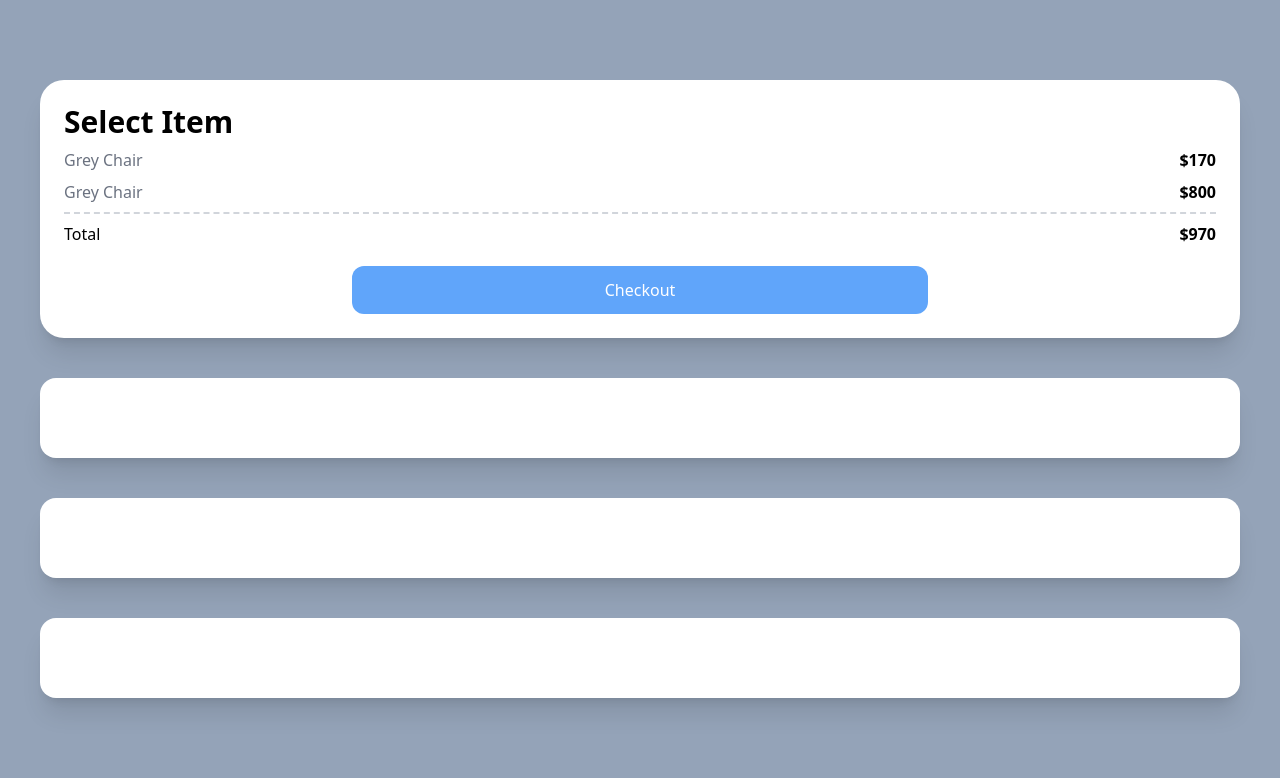
Repository: pjk0007/nextjs-carrot-marcket
Page: /
These files come from the project's save history. The page is drawn as it stood at one moment and after the next save; the edit follows.
The browser window is 1280 px wide. The pictures show the whole page.
The project was rebuilt for these pictures with package versions that can differ from the ones it lists, and the page was loaded fresh each time. The framework's server and built-in components were replaced by stand-ins that run in the browser. Also part of the build but not shown: next.config.js.

Above is the page before, as saved 2022-04-30 13:05:45.

### pages/index.tsx
import type { NextPage } from 'next'
const Home: NextPage = () => {
  return (
    <div className='bg-slate-400 py-20 px-10 grid gap-10'>
      <div className='bg-white p-6 rounded-3xl shadow-xl'>
        <span className='font-semibold text-3xl'>Select Item</span>
        <div className='flex justify-between my-2'>
          <span className='text-gray-500'>Grey Chair</span>
          <span className='font-semibold'>$170</span>
        </div>
        <div className='flex justify-between'>
          <span className='text-gray-500'>Grey Chair</span>
          <span className='font-semibold'>$800</span>
        </div>
        <div className='flex justify-between mt-2 pt-2 border-t-2 border-dashed border-gray-300'>
          <span>Total</span>
          <span className='font-semibold'>$970</span>
        </div>
        <div className='mt-5 bg-blue-400 text-white p-3 text-center rounded-xl w-1/2 mx-auto'>Checkout</div>
      </div>
      <div className='bg-white p-10 rounded-2xl shadow-xl'></div>
      <div className='bg-white p-10 rounded-2xl shadow-xl'></div>
      <div className='bg-white p-10 rounded-2xl shadow-xl'></div>
    </div>
  );
}

export default Home

### tailwind.config.js
module.exports = {
  content: [
    "./pages/**/*.{js,jsx,ts,tsx}",
    "./components/**/*.{js,jsx,ts,tsx}"
  ],
  theme: {
    extend: {},
  },
  plugins: [],
}

Loaded but not shown: pages/_app.tsx (common file); styles/globals.css (common file)

After the next save:
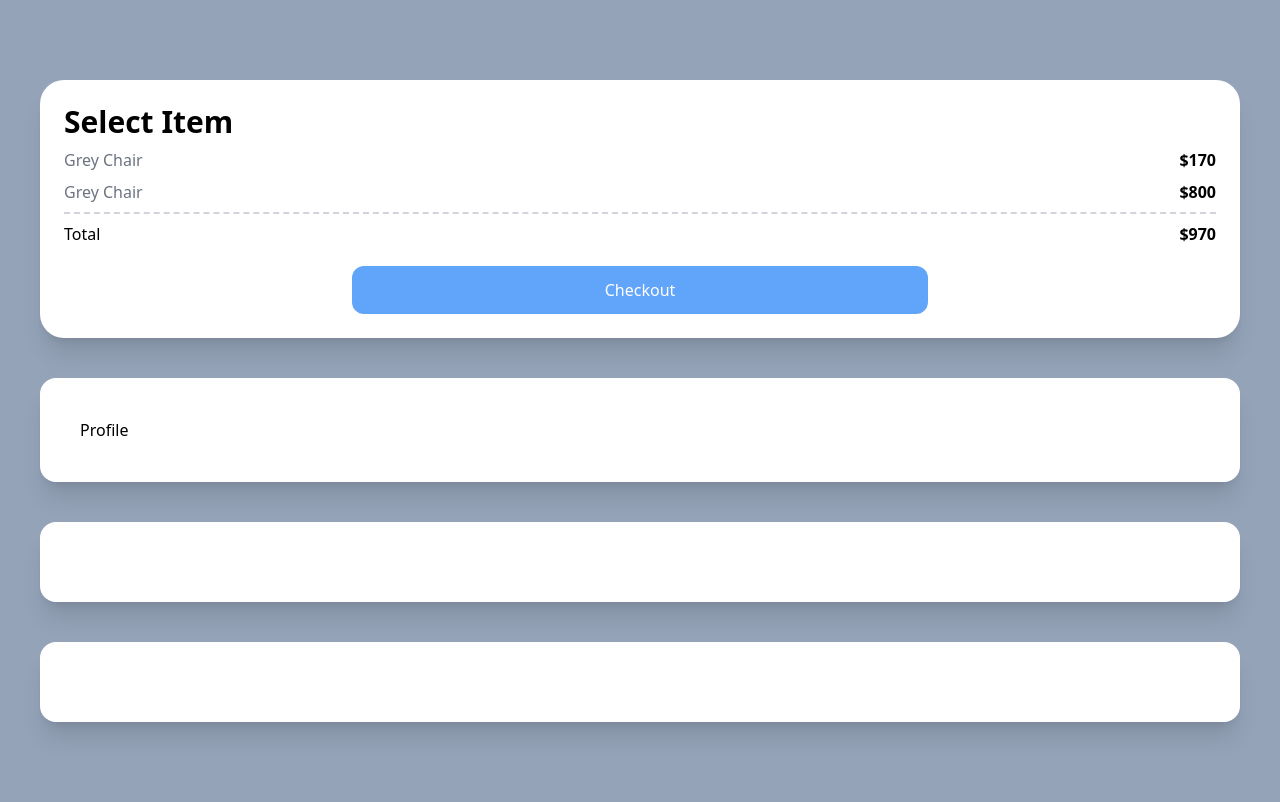
Saved 93 s later.
--- a/pages/index.tsx
+++ b/pages/index.tsx
@@ -18,7 +18,9 @@ const Home: NextPage = () => {
         </div>
         <div className='mt-5 bg-blue-400 text-white p-3 text-center rounded-xl w-1/2 mx-auto'>Checkout</div>
       </div>
-      <div className='bg-white p-10 rounded-2xl shadow-xl'></div>
+      <div className='bg-white p-10 rounded-2xl shadow-xl'>
+        <div><span>Profile</span></div>
+      </div>
       <div className='bg-white p-10 rounded-2xl shadow-xl'></div>
       <div className='bg-white p-10 rounded-2xl shadow-xl'></div>
     </div>
